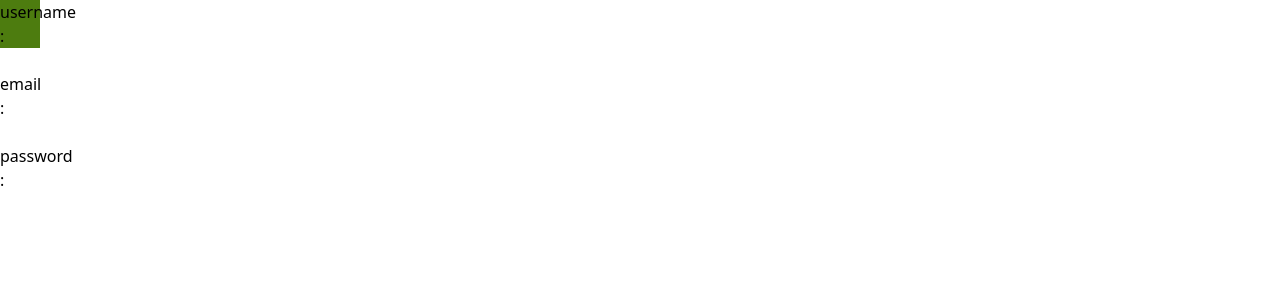
Repository: Emy-gold/alx-fe-reactjs
Page: / (app in form-handling-react/)
These files come from the project's save history. The page is drawn as it stood at one moment and after the next save; the edit follows.
The browser window is 1280 px wide. The pictures show the whole page.
The project was rebuilt for these pictures with package versions that can differ from the ones it lists, and the page was loaded fresh each time. Also part of the build but not shown: form-handling-react/vite.config.js.

Above is the page before, as saved 2025-08-22 21:13:01.

After the next save:
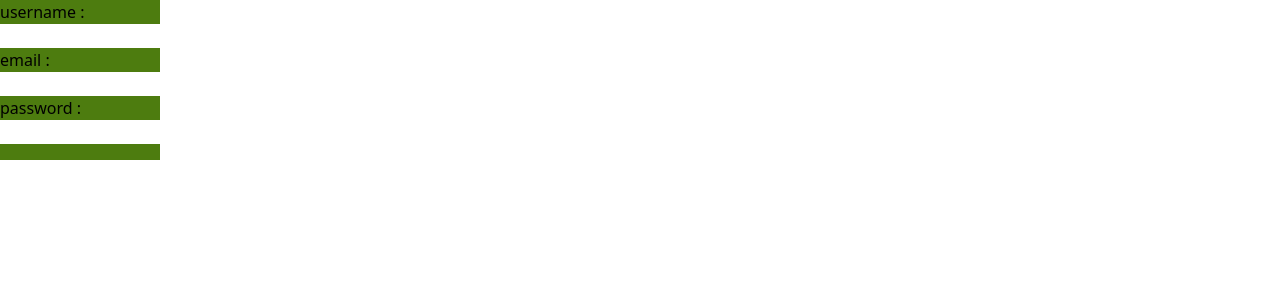
Saved 13 s later.
--- a/form-handling-react/src/components/RegistrationForm.jsx
+++ b/form-handling-react/src/components/RegistrationForm.jsx
@@ -16,7 +16,7 @@ function RegistrationForm() {
     }
 
     return (
-        <form onSubmit={handleSubmit} className='flex flex-col bg-lime-700 w-10 h-12'>
+        <form onSubmit={handleSubmit} className='flex flex-col bg-lime-700 w-40 h-40'>
             <label>username :</label>
             <input
                 type="text"
